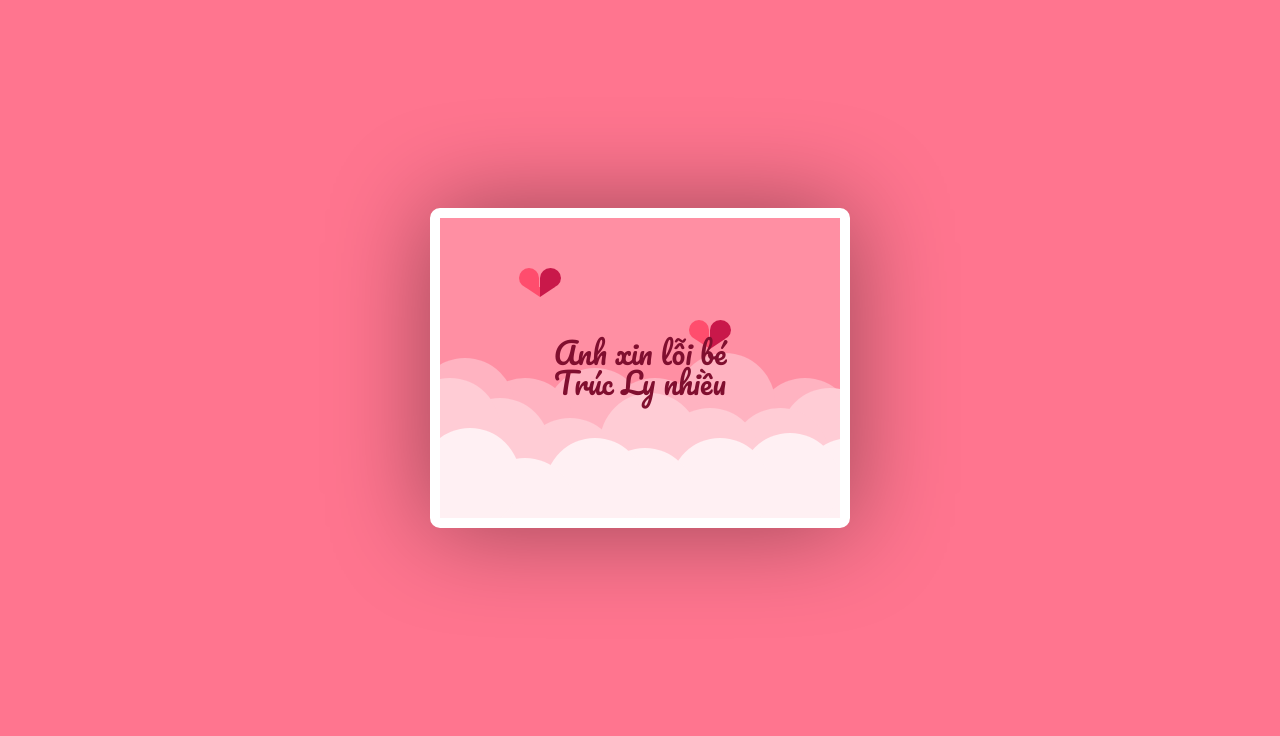
Repository: namtrung123456789/trannamtrung
Page: style.html
The author's editor kept a copy of each file at every save. The page is drawn from the files as they stood at one save, then again after the next save.
The browser window is 1280 px wide. The pictures show the whole page.

Above is the page before, as saved 2024-07-28 20:16:16.

After the next save:
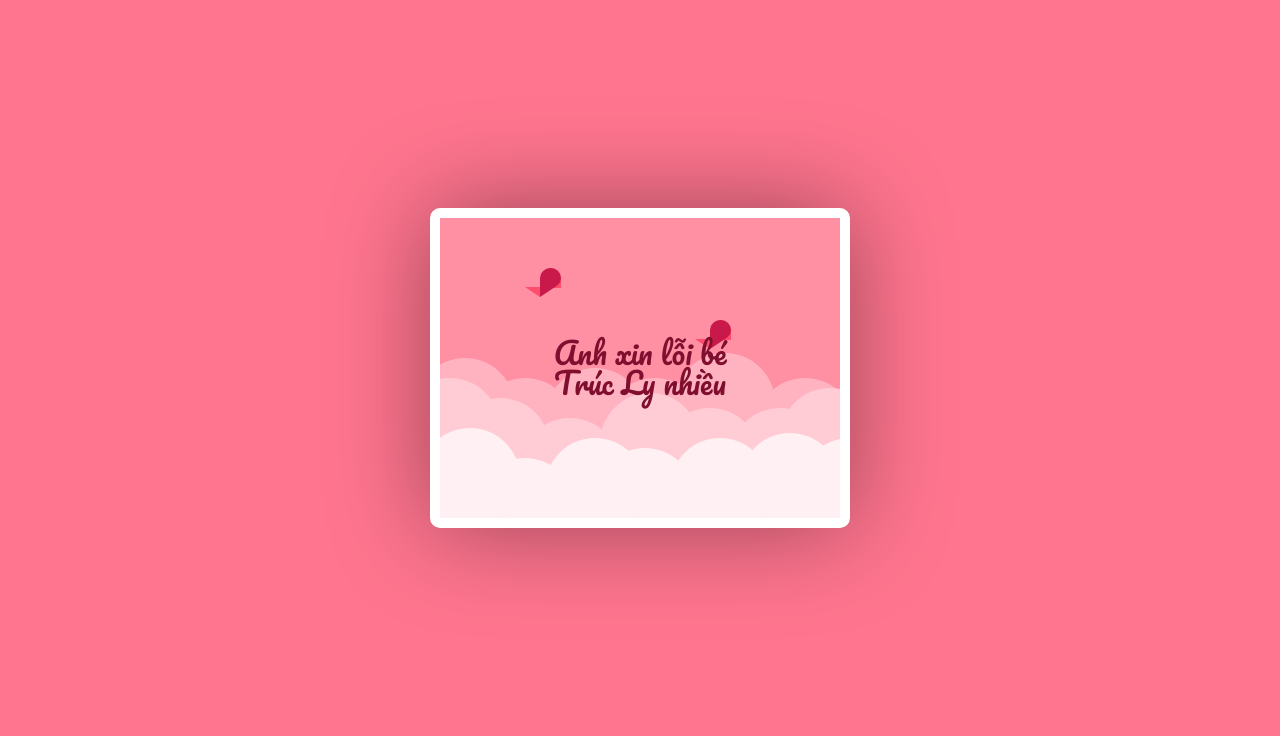
Saved 2 min 6 s later.
--- a/main.css
+++ b/main.css
@@ -135,7 +135,7 @@
   border-radius:50% 50% 0 50%;
   width:20px;
   height:20px;
-  left:-20.7px;
+  left:1px;
   background-color: #ff4d6d;
 }
 

After the save that followed:
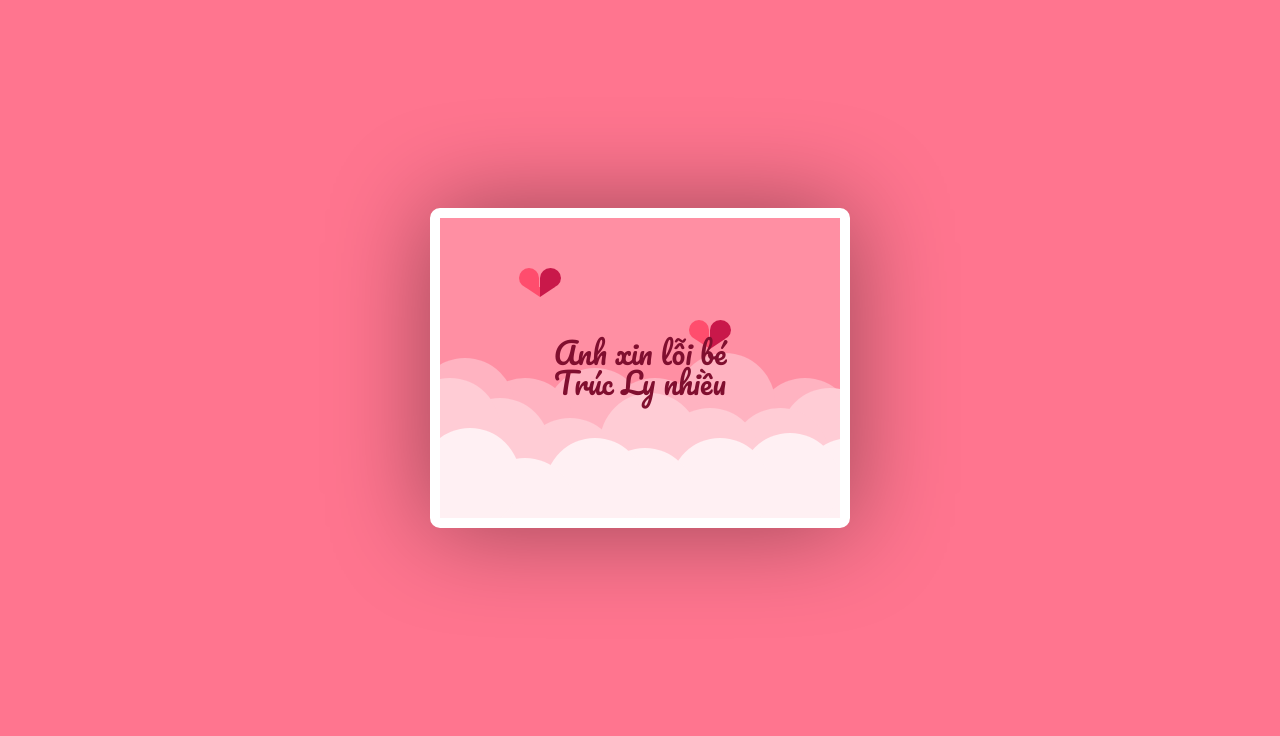
Saved 13 s later.
--- a/main.css
+++ b/main.css
@@ -135,7 +135,7 @@
   border-radius:50% 50% 0 50%;
   width:20px;
   height:20px;
-  left:1px;
+  left:-20.7px;
   background-color: #ff4d6d;
 }
 
